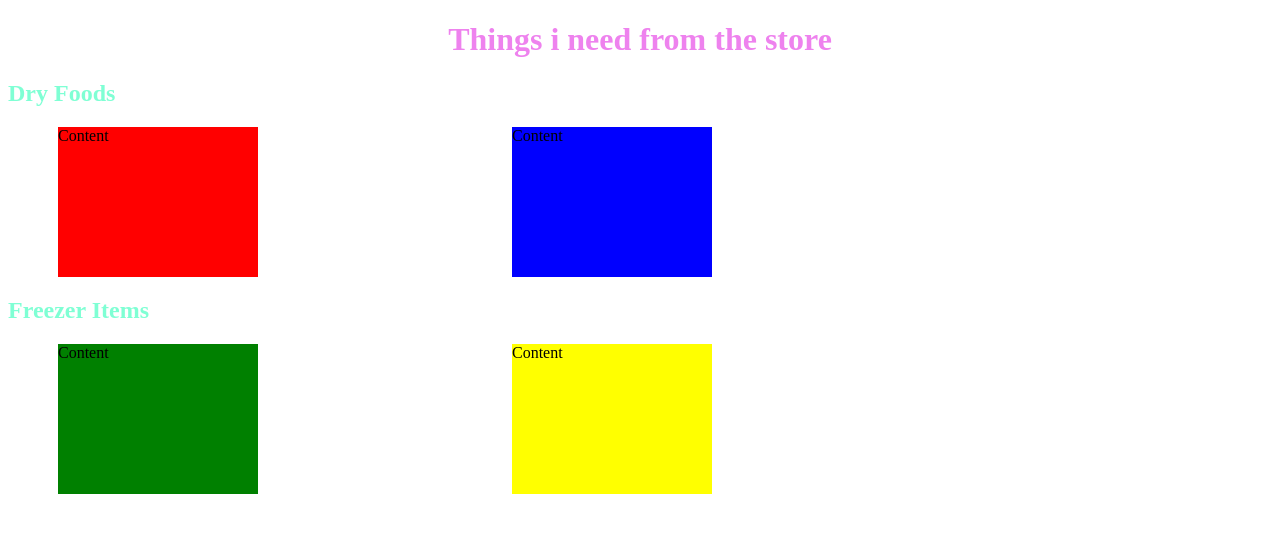
Repository: TheTroyPhillips/Block14
Page: Coursework/Block06/index.html
The author's editor kept a copy of each file at every save. The page is drawn from the files as they stood at one save, then again after a run of saves.
The browser window is 1280 px wide. The pictures show the whole page.

Above is the page before, as saved 2023-08-29 17:32:22.

After the next 2 saves:
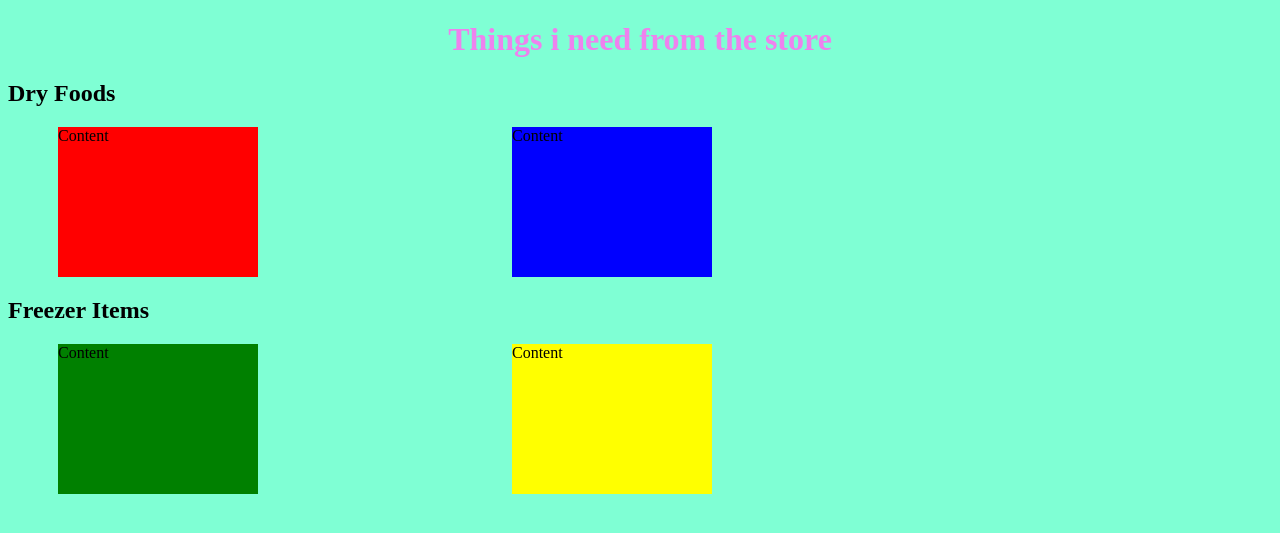
The 2 saves are shown as one change because they came seconds apart.
The last was saved 11 s later.
--- a/Coursework/Block06/index.html
+++ b/Coursework/Block06/index.html
@@ -12,7 +12,7 @@
         }
     </style>
 </head>
-<body style="color: aquamarine;">
+<body style="background-color: aquamarine;">
     <h1> Things i need from the store</h1>
     <h2> Dry Foods</h2>
       <div class="Box Red"> Content </div>
